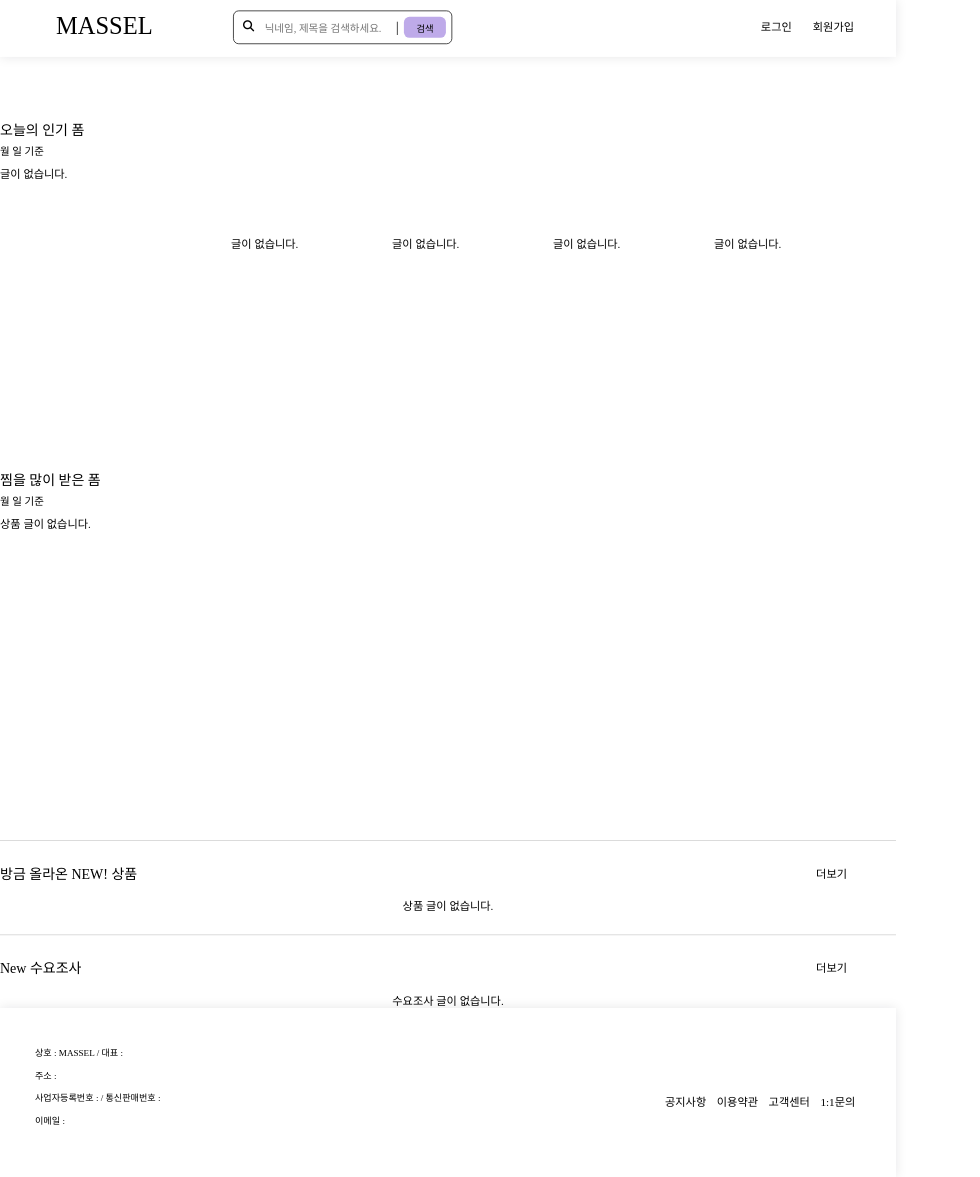
Repository: mmyyt/MASSEL
Page: http://localhost/MASSEL/WEB-INF/views/home.jsp
These files come from the project's save history. The page is drawn as it stood at one moment and after the next save; the edit follows.
The browser window is 1280 px wide. The page is 1400 px wide, so the pictures cover 1400 px, including what lies to the right of the window. The pictures show the whole page, at 70% of full size.
Some web fonts or font styles are not loaded; a fallback is used. Some web libraries are served in a nearby version. The page is served by Tomcat 9. Nobody is signed in. Other server files are loaded and not shown. The template is opened directly, without the code that normally fills it, so the values that code supplies are empty.

Above is the page before, as saved 2024-11-21 10:36:57.

### MASSEL/src/main/webapp/WEB-INF/views/home.jsp
<%@ taglib uri="http://java.sun.com/jsp/jstl/core" prefix="c" %>
<%@ taglib uri="http://java.sun.com/jsp/jstl/core" prefix="c"%>
<%@ taglib uri="http://java.sun.com/jsp/jstl/functions" prefix="fn"%>
<%@ page language="java" contentType="text/html; charset=UTF-8"
    pageEncoding="UTF-8"%>

<html>
<head>
<title>Home</title>
<script src="https://kit.fontawesome.com/4facc1d037.js" crossorigin="anonymous"></script>
<link rel="stylesheet" type="text/css" href="/resources/css/home.css">
</head>
<body>

<jsp:include page="./layout/header.jsp"></jsp:include>


<div class="wrapper">

	<div class="content">

		<!-- 슬라이더 영역 -->
<!-- 		<div class="slider">

			<div>진짜슬라이더

			</div>
		</div> -->
		<!--슬라이더 끝  -->

		<div id="joinPopup" class="popup hidden">
			<span id="joinPopupClose" class="joinPopupClose" onclick="hidePopup()">X</span>
			<span id="joinPopupMessage"></span>
		</div>

		<!--메인영역  -->
		<div class="main">

			<div class="mainContent">

				<div> <!-- 카테고리영역  -->

				</div>

				<div class="popular-form"> <!-- 현재 가장 인기있는 폼 (조회수) -->
					<div class="popularTitle">오늘의 인기 폼</div>
					<div class="popularDate">${month }월 ${day }일 기준</div>

					<div class="popularBox"> <!--인기폼 box  -->
						<div class="popular-left"><!--왼쪽에가장큰부분  -->

							<c:choose>
								<c:when test="${not empty popularList[0]}">
							<div class="viewBox1">
								<a href="/salePath/detail?sno=${popularList[0].svo.sno}">
								<div class="viewBox1-Img">
									<div class="ranking1">1</div>
									<img alt="사진없음" class="p1-img pimg"
									src="/upload/saleImg/${fn: replace(popularList[0].sivo.saveDir, '\\','/')}/${popularList[0].sivo.uuid }_${popularList[0].sivo.fileName}">
								</div>
								<div class="viewBox1-content boxContent">
									<div class="popular-writer">

							<c:choose>
								<c:when test="${not empty popularUivoList[0]}">
									<img alt="사진없음" class="p1-userImg"
										src="/upload/userImg/${fn: replace(popularUivoList[0].saveDir, '\\','/')}/${popularUivoList[0].uuid }_${popularUivoList[0].fileName}">
								</c:when>
								<c:otherwise>
									<img class="p1-userImg" src="/resources/img/defaultUserImg.png" alt="">
								</c:otherwise>
							</c:choose>

										${popularList[0].svo.swriter }
									</div>
									<div class="popular-title">${popularList[0].svo.stitle }</div>
									<div>
										<i class="fa-solid fa-eye"></i>
										${popularList[0].svo.viewCount }
									</div>
								</div>
								</a>
							</div>
								</c:when>
								<c:when test="${empty popularList[0]}">
								<div class="viewBox1">
									글이 없습니다.
								</div>

								</c:when>
							</c:choose>


						</div>
						<div class="popular-right"><!--오른쪽에여러개 -->

							<c:choose>
								<c:when test="${not empty popularList[1] }">
							<div class="viewBox2">
								<a href="/salePath/detail?sno=${popularList[1].svo.sno}">
								<div class="viewBox2-Img">
									<div class="ranking">2</div>
									<img alt="사진없음" class="p2-img pimg"
									src="/upload/saleImg/${fn: replace(popularList[1].sivo.saveDir, '\\','/')}/${popularList[1].sivo.uuid }_${popularList[1].sivo.fileName}">
								</div>
								<div class="viewBox2-content boxContent">
									<div>

							<c:choose>
								<c:when test="${not empty popularUivoList[1]}">
									<img alt="사진없음" class="p1-userImg"
										src="/upload/userImg/${fn: replace(popularUivoList[1].saveDir, '\\','/')}/${popularUivoList[1].uuid }_${popularUivoList[1].fileName}">
								</c:when>
								<c:otherwise>
									<img class="p1-userImg" src="/resources/img/defaultUserImg.png" alt="">
								</c:otherwise>
							</c:choose>
										${popularList[1].svo.swriter }
									</div>
									<div class="popular-title">${popularList[1].svo.stitle }</div>
									<div>
										<i class="fa-solid fa-eye"></i>
										${popularList[1].svo.viewCount }
									</div>
								</div>
								</a>
							</div>

								</c:when>
								<c:when test="${empty popularList[1] }">
									<div class="viewBox2">
										글이 없습니다.
									</div>
								</c:when>


							</c:choose>

							<c:choose>
								<c:when test="${not empty popularList[2]}">
							<div class="viewBox3">
								<a href="/salePath/detail?sno=${popularList[2].svo.sno}">
								<div class="viewBox3-Img">
									<div class="ranking">3</div>
									<img alt="사진없음" class="p3-img pimg"
									src="/upload/saleImg/${fn: replace(popularList[2].sivo.saveDir, '\\','/')}/${popularList[2].sivo.uuid }_${popularList[2].sivo.fileName}">
								</div>
								<div class="viewBox3-content boxContent">
									<div>
							<c:choose>
								<c:when test="${not empty popularUivoList[2]}">
									<img alt="사진없음" class="p1-userImg"
										src="/upload/userImg/${fn: replace(popularUivoList[2].saveDir, '\\','/')}/${popularUivoList[2].uuid }_${popularUivoList[2].fileName}">
								</c:when>
								<c:otherwise>
									<img class="p1-userImg" src="/resources/img/defaultUserImg.png" alt="">
								</c:otherwise>
							</c:choose>
										${popularList[2].svo.swriter }

									</div>
									<div class="popular-title">${popularList[2].svo.stitle }</div>
									<div>
										<i class="fa-solid fa-eye"></i>
										${popularList[2].svo.viewCount }
									</div>
								</div>
								</a>
							</div>
								</c:when>
								<c:when test="${empty popularList[2] }">
									<div class="viewBox3">
										글이 없습니다.
									</div>
								</c:when>
							</c:choose>

							<c:choose>
								<c:when test="${not empty popularList[2]}">
							<div class="viewBox4">
								<a href="/salePath/detail?sno=${popularList[3].svo.sno}">
								<div class="viewBox4-Img">
									<div class="ranking">4</div>
									<img alt="사진없음" class="p4-img pimg"
									src="/upload/saleImg/${fn: replace(popularList[3].sivo.saveDir, '\\','/')}/${popularList[3].sivo.uuid }_${popularList[3].sivo.fileName}">
								</div>
								<div class="viewBox4-content boxContent">
									<div>
							<c:choose>
								<c:when test="${not empty popularUivoList[3]}">
									<img alt="사진없음" class="p1-userImg"
										src="/upload/userImg/${fn: replace(popularUivoList[3].saveDir, '\\','/')}/${popularUivoList[3].uuid }_${popularUivoList[3].fileName}">
								</c:when>
								<c:otherwise>
									<img class="p1-userImg" src="/resources/img/defaultUserImg.png" alt="">
								</c:otherwise>
							</c:choose>
									${popularList[3].svo.swriter }
									</div>
									<div class="popular-title">${popularList[3].svo.stitle }</div>
									<div>
										<i class="fa-solid fa-eye"></i>
										${popularList[3].svo.viewCount }
									</div>
								</div>
								</a>
							</div>
								</c:when>
								<c:when test="${empty popularList[3]}">
									<div class="viewBox4">
										글이 없습니다.
									</div>
								</c:when>
							</c:choose>

							<c:choose>
								<c:when test="${not empty popularList[4]}">
							<div class="viewBox5">
								<a href="/salePath/detail?sno=${popularList[4].svo.sno}">
								<div class="viewBox5-Img">
								 	<div class="ranking">5</div>
									<img alt="사진없음" class="p5-img pimg"
									src="/upload/saleImg/${fn: replace(popularList[4].sivo.saveDir, '\\','/')}/${popularList[4].sivo.uuid }_${popularList[4].sivo.fileName}">
								</div>
								<div class="viewBox5-content boxContent">
									<div>
							<c:choose>
								<c:when test="${not empty popularUivoList[4]}">
									<img alt="사진없음" class="p1-userImg"
										src="/upload/userImg/${fn: replace(popularUivoList[4].saveDir, '\\','/')}/${popularUivoList[4].uuid }_${popularUivoList[4].fileName}">
								</c:when>
								<c:otherwise>
									<img class="p1-userImg" src="/resources/img/defaultUserImg.png" alt="">
								</c:otherwise>
							</c:choose>
									${popularList[4].svo.swriter }
									</div>
									<div class="popular-title">${popularList[4].svo.stitle }</div>
									<div>
										<i class="fa-solid fa-eye"></i>
										${popularList[4].svo.viewCount }
									</div>
								</div>
								</a>
							</div>
								</c:when>
								<c:when test="${empty popularList[4] }">
									<div class="viewBox5">
										글이 없습니다.
									</div>
								</c:when>
							</c:choose>


						</div>
					</div>
				</div>


				<div class="favorite-form"> <!-- 찜 -->
					<div class="favoriteTitle">찜을 많이 받은 폼</div>
					<div class="favoriteDate">${month }월 ${day }일 기준</div>

					<div class="favoriteBox"> <!--찜폼box  -->


							<c:choose>
								<c:when test="${not empty favoriteList }">

						<div class="favoriteBoxDiv">

							<c:forEach items="${favoriteList }" var="flist">
								<a href="/salePath/detail?sno=${flist.sidto.svo.sno}">
								<div class="favoriteCard">
									<div class="favoriteImg">
										<img alt="사진없음" class=""
										src="/upload/saleImg/${fn: replace(flist.sidto.sivo.saveDir, '\\','/')}/${flist.sidto.sivo.uuid }_${flist.sidto.sivo.fileName}">
									</div>
									<div class="favoriteBoxContent card-content">
										<div class="card-writer">
											<c:choose>
												<c:when test="${not empty flist.uivo }">
													<img alt="사진없음" class="favoriteUserImg"
											src="/upload/userImg/${fn: replace(flist.uivo.saveDir, '\\','/')}/${flist.uivo.uuid }_${flist.uivo.fileName}">

												</c:when>
												<c:otherwise>
													<img src="/resources/img/defaultUserImg.png" alt="" class="favoriteUserImg">

												</c:otherwise>
											</c:choose>
											${flist.sidto.svo.swriter }
										</div>
										<div class="favorite-title card-title">
											${flist.sidto.svo.stitle }
										</div>
										<div class="favorite-likes card-likes">
											<span>❤️</span>${flist.sidto.svo.favoriteCount }
										</div>

									</div>
								</div>
								</a>
							</c:forEach>


						</div>
								</c:when>
								<c:when test="${empty favoriteList }">
									<div class="favoriteBoxDiv">
										상품 글이 없습니다.
									</div>
								</c:when>
							</c:choose>

					</div>

				</div> <!-- 찜 -->

				<hr class="line">

				<div class="latest-form"> <!-- 최신순 -->
					<div class="latestTitle">
						<div class="lt">방금 올라온 NEW! 상품</div>
						<div class="saleForm-more"><a href="/salePath/list">더보기</a></div>
					</div>

					<c:choose>
						<c:when test="${not empty latestList }">
					<div class="latestBox">

						<c:forEach items="${latestList}" var="llist">

							<div class="latestBoxDiv">
								<a href="/salePath/detail?sno=${llist.sidto.svo.sno}">
								<div class="latestImg">
									<img alt="사진없음" class="latestUserImg"
										src="/upload/saleImg/${fn: replace(llist.sidto.sivo.saveDir, '\\','/')}/${llist.sidto.sivo.uuid }_${llist.sidto.sivo.fileName}">
								</div>
								<div class="latestContent">
									<div class="latest-writer">

									<c:choose>
										<c:when test="${not empty llist.uivo }">
											<img alt="사진없음" class="latestProfileImg"
											src="/upload/userImg/${fn: replace(llist.uivo.saveDir, '\\','/')}/${llist.uivo.uuid }_${llist.uivo.fileName}">
										</c:when>
										<c:otherwise>
											<img src="/resources/img/defaultUserImg.png" alt="" class="latestProfileImg">
										</c:otherwise>

									</c:choose>

										${llist.sidto.svo.swriter }
									</div>
									<div class="latest-title">
										${llist.sidto.svo.stitle }
									</div>

									<div class="latest-vf">
										<div class="latest-viewCount">
											<i class="fa-solid fa-eye"></i>
											${llist.sidto.svo.viewCount }
										</div>
										<div class="latest-favoriteCount">
											<i class="fa-solid fa-heart"></i>
											${llist.sidto.svo.favoriteCount }
										</div>
									</div>
								</div>
								</a>
							</div>

						</c:forEach>



					</div>

						</c:when>
						<c:when test="${empty latestList }">
							<div class="latestBox">
								상품 글이 없습니다.
							</div>
						</c:when>
					</c:choose>



				</div>

				<hr class="line">

				<div> <!--수요조사  -->



				<div class="demand-form"> <!-- 최신순 -->
					<div class="demandTitle">
						<div class="dt">New 수요조사</div>
						<div class="demandForm-more"><a href="/demandSurvey/list">더보기</a></div>
					</div>

					<c:choose>
						<c:when test="${not empty demandList }">

					<div class="demandFormBox">

						<c:forEach items="${demandList}" var="dlist">

							<div class="demandDiv">
								<a href="/demandSurvey/detail?dno=${dlist.dsidto.dsvo.dno}">
								<div class="demandImg">
									<img alt="사진없음" class=""
										src="/upload/demandSurveyImg/${fn: replace(dlist.dsidto.dsivo.saveDir, '\\','/')}/${dlist.dsidto.dsivo.uuid }_${dlist.dsidto.dsivo.fileName}">
								</div>
								<div class="demandContent">
									<div class="demand-writer">
									<c:choose>
										<c:when test="${not empty dlist.uivo }">
											<img alt="사진없음" class="demandUserImg"
											src="/upload/userImg/${fn: replace(dlist.uivo.saveDir, '\\','/')}/${dlist.uivo.uuid }_${dlist.uivo.fileName}">
										</c:when>
										<c:otherwise>
											<img src="/resources/img/defaultUserImg.png" alt="" class="demandUserImg">
										</c:otherwise>

									</c:choose>
										${dlist.dsidto.dsvo.id }
									</div>
									<div class="demand-title">
										${dlist.dsidto.dsvo.dtitle }
									</div>


									<div class="demand-viewCount">
										<i class="fa-solid fa-eye"></i>
										${dlist.dsidto.dsvo.dviewCount }
									</div>

								</div>
								</a>
							</div>

						</c:forEach>



					</div>

						</c:when>
						<c:when test="${empty demandList }">
						<div class="demandFormBox">

							수요조사 글이 없습니다.

						</div>
					</c:when>
					</c:choose>



				</div>

				</div>


			</div>


		</div>
		<!-- 메인영역끝 -->


	</div>

	<!-- 슬라이더 영역 -->









</div>

<jsp:include page="./layout/footer.jsp"></jsp:include>
<script>
	const msgSignUp = ${msg_signUp != null ? msg_signUp : 'null'};
</script>
<script type="text/javascript" src="/resources/js/home.js"></script>
</body>
</html>

### MASSEL/src/main/webapp/resources/css/home.css
@import url('https://fonts.googleapis.com/css2?family=Luckiest+Guy&display=swap');

body, html {
	margin: 0;
	padding: 0;
	 height: 100%;
}

a{
	 text-decoration: none;
	 color: black;
}

.wrapper {
	margin-top : 120px;
    display: flex;
    flex-direction: column;
    align-items: center; /* 수평 중앙 정렬 */
    width: 100%;
}

.content {
    width: 100%;
    display: flex;
    flex-direction: column;
    align-items: center;
    margin-top: 50px;
}

.slider {
    width: 100%;
    height: 300px;
    background-color: yellow;
    margin-bottom: 30px;
}

/* 메인 영역 */
.main {
    width: 100%;
    display: flex;
    justify-content: center;
}

.mainContent {
    width: 1300px;
    /* background-color: blue; */
    display: flex;
    flex-direction: column;
/*     align-items: center;
    text-align: center; 텍스트 중앙 정렬 */
}

/*조회수 높은 폼*/
.popular-form{
	width: 100%;
	height: 500px;
	/* background-color: blue; */
}

.popularTitle{
	font-size: 20px;
}

.popularDate{
	font-size: 15px;
	margin-top: 5px;
}

.popularBox{
	display: flex;
	margin-top: 10px;
}
.popular-left{
	width : 30%;
	height: 500px;

}

.viewBox1{
	width: 300px;
	height: 400px;
	/* background-color: gray; */
	overflow: hidden;

}

.viewBox1-Img{
	width: 300px;
	height: 300px;
	background-color: white;
	position: relative;
}

.ranking1{
	position: absolute;
    top: 5px;
    left: 13px;
    z-index: 1;
    font-family: "Luckiest Guy", cursive;
    font-size: 80px;
	font-weight: bold;
    color: #beaae9; /* 아이콘 내부 색상 */
    text-shadow: 2px 2px 0px white,  /* 테두리 효과 */
                 -2px 2px 0px white,
                 2px -2px 0px white,
                 -2px -2px 0px white;
     transform: rotate(-10deg);
}

.fa-1{
	font-size: 50px;
	font-weight: bold;
    color: white; /* 아이콘 내부 색상 */
    text-shadow: 2px 2px 0px black,  /* 테두리 효과 */
                 -2px 2px 0px black,
                 2px -2px 0px black,
                 -2px -2px 0px black;
}

.p1-img{
	width: 300px;
	height: 300px;
	object-fit: cover;
	transition: transform 0.3s ease;

}

.p1-userImg{
	width: 30px;
	height: 30px;
	border-radius: 50%;
	object-fit : cover;
}

.viewBox1-content{
	width: 300px;
	height: 100px;
	/* background-color: green; */
	    position: relative;
    z-index: 0;
}

.popular-right{
	width: 70%;
	height: 300px;
	display: flex;
	gap : 30px;
	margin-top: 100px;
	margin-right: 60px;
}

.viewBox2, .viewBox3, .viewBox4, .viewBox5{
	width: 200px;
	height: 300px;
	/* background-color: gray; */
	overflow: hidden;
}

.viewBox2-Img, .viewBox3-Img, .viewBox4-Img, .viewBox5-Img{
	width: 200px;
	height: 200px;
	background-color: white;
	position: relative;
}

.p2-img,.p3-img,.p4-img,.p5-img{
	width: 200px;
	height: 200px;
	object-fit: cover;
	transition: transform 0.3s ease;
}

.ranking{
	position: absolute;
    top: -5px;
    left: 3px;
    z-index: 1;
    font-size: 50px;
	font-weight: bold;
    color: #beaae9; /* 아이콘 내부 색상 */
    text-shadow: 2px 2px 0px white,  /* 테두리 효과 */
                 -2px 2px 0px white,
                 2px -2px 0px white,
                 -2px -2px 0px white;
     transform: rotate(-10deg);
}

.fa-2, .fa-3, .fa-4, .fa-5{
	font-size: 30px;
	font-weight: bold;
    color: white;
    text-shadow: 2px 2px 0px black,
                 -2px 2px 0px black,
                 2px -2px 0px black,
                 -2px -2px 0px black;
}


.pimg:hover{
	transform: scale(1.1);
}

.viewBox2-content, .viewBox3-content, .viewBox4-content, .viewBox5-content{
	width: 200px;
	height: 100px;
	/* background-color: green; */
}


.popular-title{
	overflow: hidden;
	text-overflow: ellipsis;
	 white-space: nowrap;
	 font-weight: bold;

}

.boxContent{
	margin-top: 10px;
}


/*좋아요 순위*/

.favorite-form{
	width: 100%;
	height: 500px;
	/* background-color: blue; */
}

.favoriteTitle{
	font-size: 20px;
}

.favoriteDate{
	font-size: 15px;
	margin-top: 5px;
}

.favoriteBox{
	display: flex;
	margin-top: 10px;
}

.favoriteBoxDiv{
	display: flex;
	gap : 30px;
}

.favoriteCard {
    position: relative;
    width: 220px;
    height: 330px;
    border-radius: 8px;
    overflow: hidden;
    box-shadow: 0 4px 8px rgba(0, 0, 0, 0.2);
    color: white;

}

.favoriteImg{
	width: 100%;
    height: 100%;
/*     width : 220px;
    height : 330px; */
    object-fit: contain;
}

.favoriteImg img{
	width: 100%;
	height: 100%;
	object-fit : cover;
}

.card-content {
    position: absolute;
    bottom: 10px;
    left: 10px;
    right: 10px;
    padding: 10px;
    background: rgba(0, 0, 0, 0.5);
    border-radius: 8px;
}

.favoriteUserImg{
	width: 30px;
	height: 30px;
	border-radius: 50%;
	object-fit : cover;
}

.card-title {
    font-size: 16px;
    font-weight: bold;
    margin-bottom: 5px;
    overflow: hidden;
	text-overflow: ellipsis;
	 white-space: nowrap;

}


.card-likes {
    font-size: 14px;
    display: flex;
    align-items: center;
}


/*최신순*/

.latest-form{
	width: 100%;

}
.latestTitle{
	display: flex;
	justify-content: space-between;
    align-items: center;
}

.lt{
	font-size: 20px;
}

.saleForm-more{
	margin-right: 70px;
}

.latestBox{
	width: 100%;
	display: flex;
    flex-wrap: wrap; /* 줄바꿈 허용함 */
    gap: 10px;
    justify-content: space-around;
    overflow: hidden;
	margin-top: 20px;
}

.latestBoxDiv{
	width: 19%;
	height: 300px;
	box-sizing: border-box;
	overflow: hidden;
}

.latestImg{

	overflow: hidden;
	width: 200px;
    height: 200px;
    overflow: hidden;
    display: flex;
    align-items: center;
    justify-content: center;
    border-radius: 10px;
}
.latestImg img{
	width: 100%;
	height: 100%;
	object-fit : cover;
	transition: transform 0.3s ease;
	border-radius: 10px;

}

.latestImg:hover img{
	transform: scale(1.1);
}

.latest-title{
	font-weight: bold;
	overflow: hidden;
	text-overflow: ellipsis;
	white-space: nowrap;
}

.latestUserImg{
	width: 30px;
	height: 30px;
	border-radius: 50%;
	object-fit : cover;
}

.latest-vf{
	display: flex;
}


.fa-heart{
	color: red;
}

.fa-eve{
	color: #ccc;
}

.latest-favoriteCount{
	margin-left: 90px;
}


.latestProfileImg{
	width: 30px;
	height: 30px;
	border-radius: 50%;
	object-fit : cover;
}

.latest-writer{
	margin-top: 5px;
}


/*수요조사*/

.demand-form{
	width: 100%;

}
.demandTitle{
	display: flex;
	justify-content: space-between;
    align-items: center;
}

.dt{
	font-size: 20px;
}

.demandForm-more{
	margin-right: 70px;
}

.demandFormBox{
	width: 100%;
	display: flex;
    flex-wrap: wrap; /* 줄바꿈 허용함 */
    gap: 10px;
    justify-content: space-around;
    overflow: hidden;
	margin-top: 20px;
}

.demandDiv{
	width: 19%;
	height: 300px;
	box-sizing: border-box;
	overflow: hidden;
}

.demandImg{

	overflow: hidden;
	width: 200px;
    height: 200px;
    overflow: hidden;
    display: flex;
    align-items: center;
    justify-content: center;
    border-radius: 10px;
}
.demandImg img{
	width: 100%;
	height: 100%;
	object-fit : cover;
	transition: transform 0.3s ease;
	border-radius: 10px;
}

.demandImg:hover img{
	transform: scale(1.1);
}

.demand-title{
	font-weight: bold;
	overflow: hidden;
	text-overflow: ellipsis;
	white-space: nowrap;
}

.line{
    border: none;
    border-top: 1px solid #ccc;
    color: #ccc;
    background-color: transparent;
    height: 1px;
    margin: 30px 0;
}

.demandUserImg{
	width: 30px;
	height: 30px;
	border-radius: 50%;
	object-fit : cover;
}

.demand-writer{
	margin-top: 5px;
}


/*회원가입 팝업창*/

.popup {
    position: fixed;
    padding: 15px 20px;
    border-radius: 8px;
    box-shadow: 0 4px 8px rgba(0, 0, 0, 0.1);
    z-index: 1000;
    display: flex;
    align-items: center;
    justify-content: space-between;
    gap: 10px;
    opacity: 0;
    transition: opacity 0.3s ease, transform 0.3s ease;
	flex-direction: column;
	/* position: relative;  */
}

.popup.hidden {
    opacity: 0;
    transform: translateY(-20px);
    pointer-events: none;
}

.popup.visible {
    opacity: 1;
    transform: translateY(0);
    pointer-events: auto;
}

#joinPopupClose {
    position: absolute;
    top: -10px;
    right: -10px;
    cursor: pointer;
    font-weight: bold;
    font-size: 13px;
    background: #beaae9;
    border: 2px solid white;
    border-radius: 50%;
    width: 20px;
    height: 20px;
    display: flex;
    align-items: center;
    justify-content: center;
    z-index: 1001;
}

Loaded but not shown: MASSEL/src/main/webapp/resources/js/header.js (141 lines, source omitted); MASSEL/src/main/webapp/resources/js/home.js (31 lines, source omitted); MASSEL/src/main/webapp/resources/css/layout.css (505 lines, source omitted); MASSEL/src/main/webapp/WEB-INF/views/layout/header.jsp (188 lines, source omitted); MASSEL/src/main/webapp/WEB-INF/views/layout/footer.jsp (43 lines, source omitted)

After the next save:
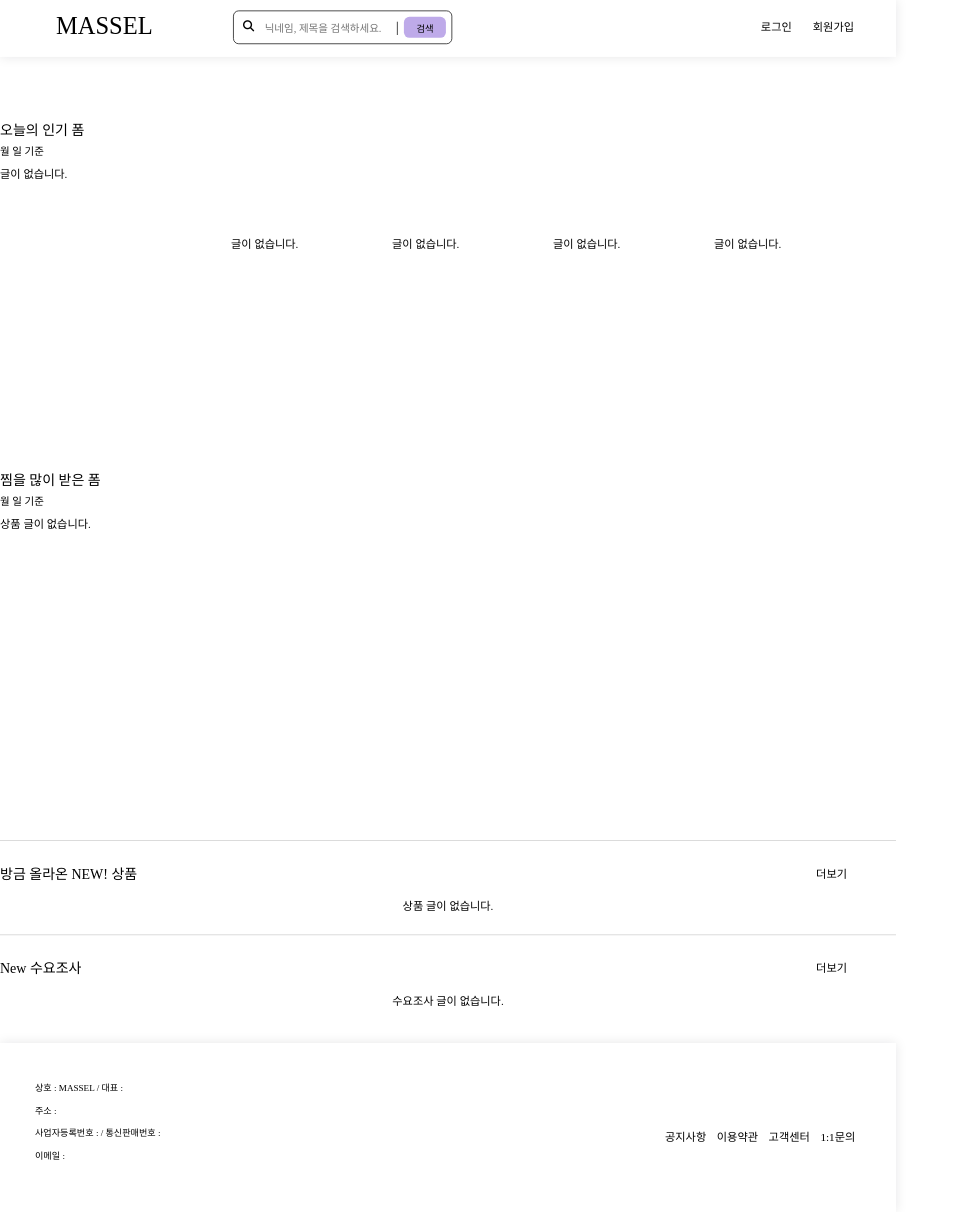
Saved 52 s later.
--- a/MASSEL/src/main/webapp/resources/css/home.css
+++ b/MASSEL/src/main/webapp/resources/css/home.css
@@ -25,6 +25,7 @@ a{
     flex-direction: column;
     align-items: center;
     margin-top: 50px;
+	margin-bottom: 50px;
 }
 
 .slider {
